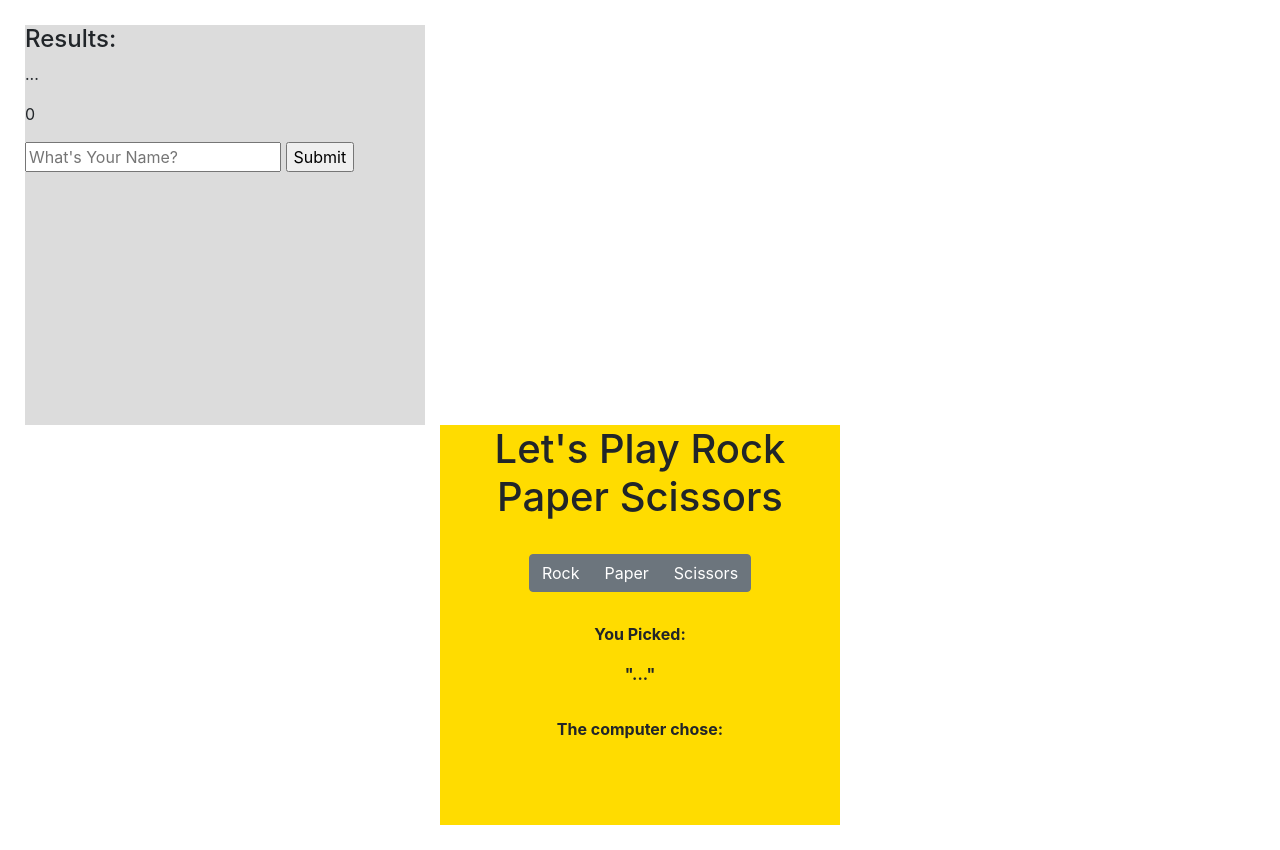
Repository: mskurnickcode/coupleDo
Page: http://localhost/
The author's editor kept a record of every edit. The page is drawn from the files as they stood at one moment, then again after the next edit.
The browser window is 1280 px wide. The pictures show the whole page.
The page is served by the project's application, run on Flask 3 (Rock/application.py).

Above is the page before.

After the next edit:
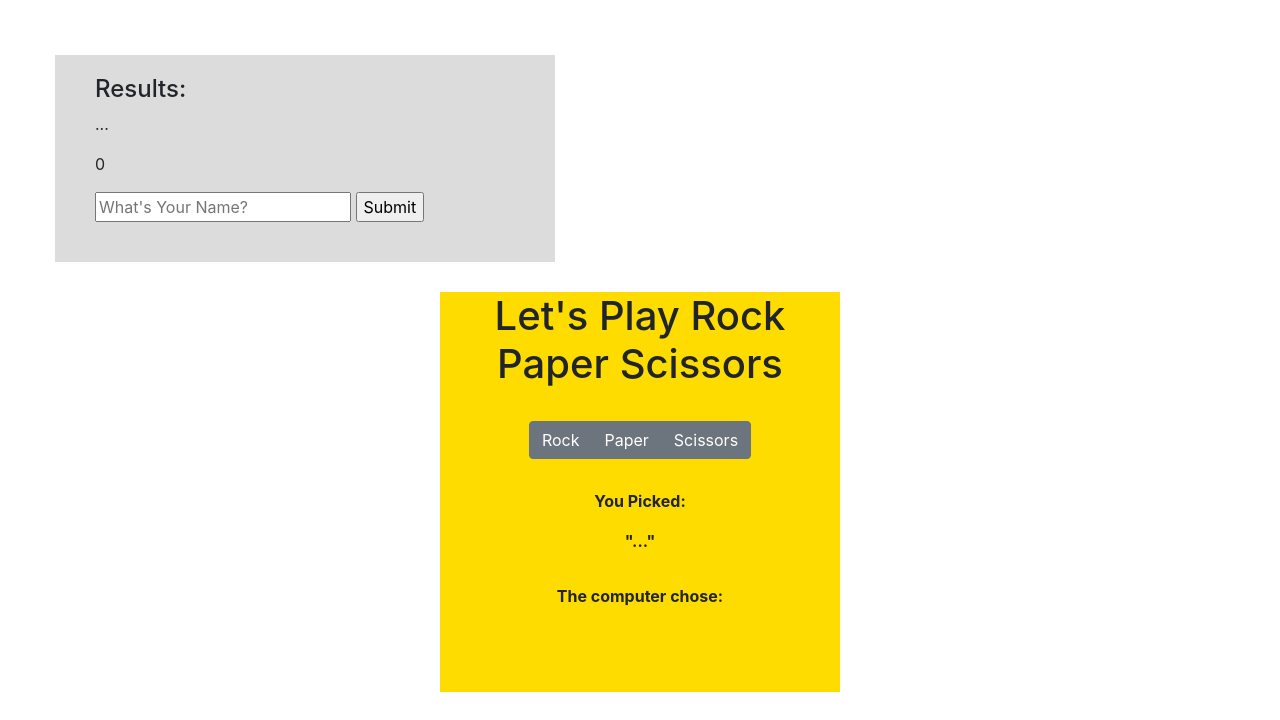
The edit:
--- a/ubuntu/Rock/static/css_image/styles.css
+++ b/ubuntu/Rock/static/css_image/styles.css
@@ -37,8 +37,8 @@
 
 .resultBox {
   background-color:	#DCDCDC;
-  width: 400px;
-  height: 400px;
-  margin: 0;
+  margin: 30px;
+  padding: 20px 40px 40px;
+  max-width: 500px;
   text-align: left;
 }
